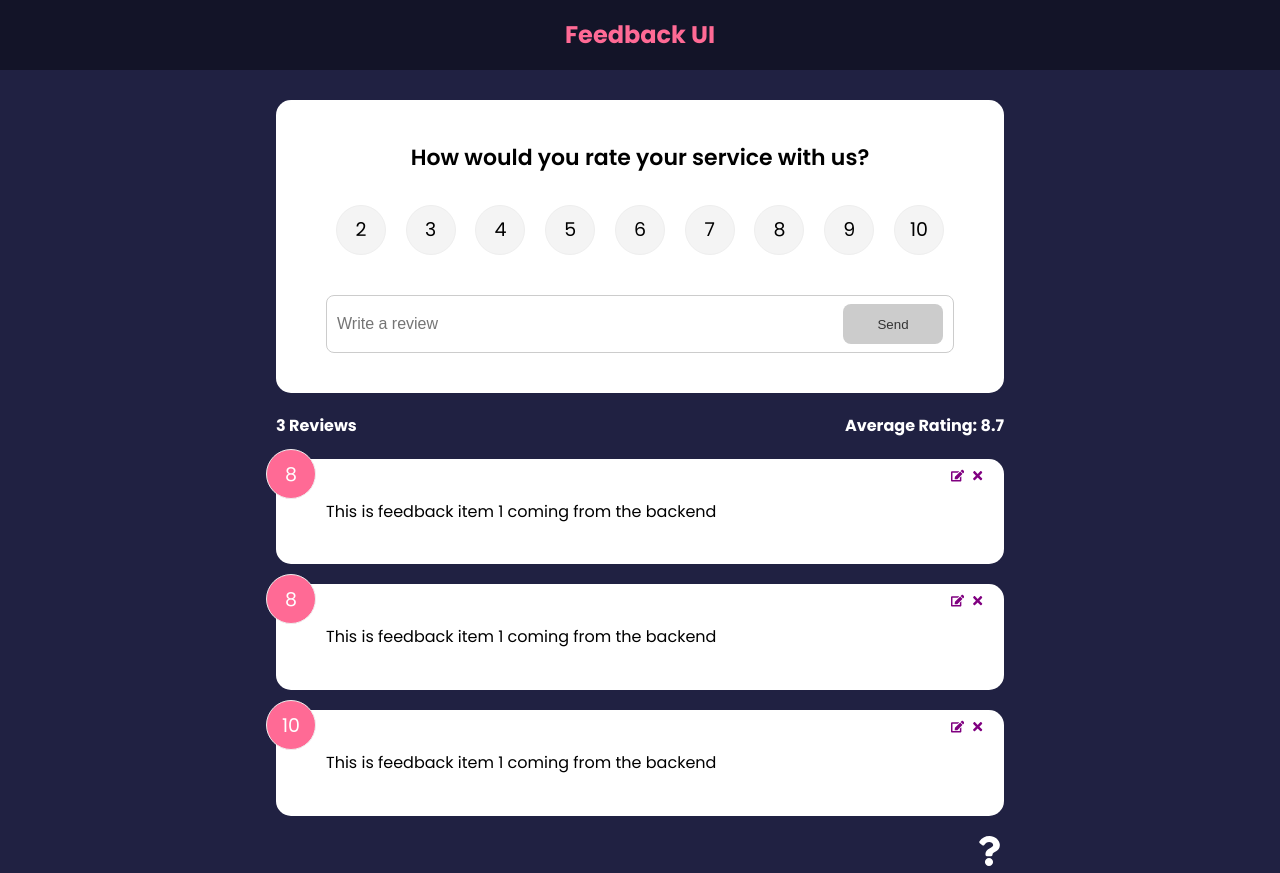
Repository: minhtien9/Feedback_App
Page: /
An editor plug-in stored every save of this project. The page is shown before and after a run of saves, followed by the edit.
The browser window is 1280 px wide. The pictures show the whole page.
The project was rebuilt for these pictures with package versions that can differ from the ones it lists, and the page was loaded fresh each time. Requests to the local data server were answered from the project's data file. Also part of the build but not shown: src/pages/AboutPage.jsx.

Above is the page before, as saved 2022-02-19 20:18:04.

### src/index.css
@import url('https://fonts.googleapis.com/css2?family=Poppins:wght@400;600;700&display=swap');

* {
    box-sizing: border-box;
    margin: 0;
    padding: 0;
}

body {
    font-family: 'Poppins', sans-serif;
    background-color: #202142;
    color: #fff;
    line-height: 1.6;
}

ul {
    list-style: none;
}

.container {
    max-width: 768px;
    margin: auto;
    padding: 0 20px;
}

header {
    height: 70px;
    width: 100%;
    display: flex;
    justify-content: space-between;
    align-items: center;
    margin-bottom: 30px;
}

.card {
    background-color: #fff;
    color: #333;
    border-radius: 15px;
    padding: 40px 50px;
    margin: 20px 0;
    position: relative;
}

.card.reverse {
    background-color: rgba(0, 0, 0, 0.4);
    color: #fff;
}

.card h2 {
    font-size: 22px;
    font-weight: 600;
    text-align: center;
}

.rating {
    display: flex;
    align-items: center;
    justify-content: space-around;
    margin: 30px 0 40px;
}

.rating li,
.num-display {
    position: relative;
    background: #f4f4f4;
    width: 50px;
    height: 50px;
    padding: 10px;
    text-align: center;
    border-radius: 50%;
    font-size: 19px;
    border: 1px #eee solid;
    transition: 0.3s;
}

.rating li label {
    position: absolute;
    top: 50%;
    left: 50%;
    width: 50px;
    height: 50px;
    padding: 10px;
    border-radius: 50%;
    transform: translate(-50%, -50%);
    cursor: pointer;
}

.rating li:hover,
.num-display {
    background: #ff6a95;
    color: #fff;
}

[type='radio'] {
    opacity: 0;
}

[type='radio']:checked ~ label {
    background: #ff6a95;
    color: #fff;
}

.input-group {
    display: flex;
    flex-direction: row;
    border: 1px solid #ccc;
    padding: 8px 10px;
    border-radius: 8px;
}

input {
    flex-grow: 2;
    border: none;
    font-size: 16px;
}

input:focus {
    outline: none;
}

.feedback-stats {
    color: #fff;
    display: flex;
    justify-content: space-between;
    align-items: center;
}

.num-display {
    position: absolute;
    top: -10px;
    left: -10px;
}

.close,
.edit {
    position: absolute;
    top: 10px;
    right: 20px;
    cursor: pointer;
    background: none;
    border: none;
}

.edit {
    right: 40px;
}

.btn {
    color: #fff;
    border: 0;
    border-radius: 8px;
    color: #fff;
    width: 100px;
    height: 40px;
    cursor: pointer;
}

.btn-primary {
    background-color: #202142;
}

.btn-secondary {
    background: #ff6a95;
}

.btn:hover {
    transform: scale(0.98);
    opacity: 0.9;
}

.btn:disabled {
    background-color: #cccccc;
    color: #333;
    cursor: auto;
}

.btn:disabled:hover {
    transform: scale(1);
    opacity: 1;
}

.message {
    padding-top: 10px;
    text-align: center;
    color: rebeccapurple;
}

/* FIX: Remove position: absolute to keep about icon at the bottom of the
 * document */
.about-link {
    display: flex;
    justify-content: flex-end;
}

/* FIX: Remove position: absolute to keep about icon at the bottom of the
 * document */
.about-link a {
    color: #fff;
    cursor: pointer;
}

.about-link a:hover {
    color: #ff6a95;
}

.about h1 {
    margin-bottom: 20px;
}

.about p {
    margin: 10px 0;
}

@media (max-width: 600px) {
    .rating li {
        margin: 10px 3px;
    }

    .rating {
        display: flex;
        align-items: center;
        justify-content: center;
        flex-wrap: wrap;
        margin: 30px 0 40px;
    }

    .input-group input {
        width: 80%;
    }
}

### src/App.js
import { BrowserRouter as Router, Route, Routes } from 'react-router-dom'
import AboutIcon from './components/AboutIcon'
import FeedbackForm from './components/FeedbackForm'
import FeedbackList from './components/FeedbackList'
import FeedbackStats from './components/FeedbackStats'
import Header from './components/Header'
import { FeedbackProvider } from './context/FeedbackContext'
import AboutPage from './pages/AboutPage'

function App() {
    return (
        <FeedbackProvider>
            <Router>
                <Header />
                <div className='container'>
                    <Routes>
                        <Route
                            exact
                            path='/'
                            element={
                                <>
                                    <FeedbackForm />
                                    <FeedbackStats />
                                    <FeedbackList />
                                </>
                            }
                        ></Route>

                        <Route path='/about' element={<AboutPage />}></Route>
                    </Routes>
                    <AboutIcon />
                </div>
            </Router>
        </FeedbackProvider>
    )
}

export default App

### src/components/AboutIcon.jsx
import { FaQuestion } from 'react-icons/fa'
import { Link } from 'react-router-dom'
AboutIcon.propTypes = {}

function AboutIcon() {
    return (
        <div className='about-link'>
            <Link to='/about'>
                <FaQuestion size={30} />
            </Link>
        </div>
    )
}

export default AboutIcon

### src/components/FeedbackForm.jsx
import { useContext, useEffect, useState } from 'react'
import Button from './UI/Button'
import Card from './UI/Card'
import RatingSelect from './RatingSelect'
import FeedbackContext from '../context/FeedbackContext'

FeedbackForm.propTypes = {}

function FeedbackForm() {
    const { addFeedback, feedbackEdit, updateFeedback } =
        useContext(FeedbackContext)
    const [text, setText] = useState('')
    const [btnDisabled, setBtnDisabled] = useState(true)
    const [message, setMessage] = useState('')
    const [rating, setRating] = useState(10)

    useEffect(() => {
        if (feedbackEdit.edit === true) {
            setBtnDisabled(false)
            setText(feedbackEdit.item.text)
            setRating(feedbackEdit.item.rating)
        }
    }, [feedbackEdit])

    const handleTextChange = (e) => {
        if (text === '') {
            setBtnDisabled(true)
            setMessage(null)
        } else if (text !== '' && text.trim().length <= 10) {
            setMessage('Text must be at least 10 characters')
            setBtnDisabled(true)
        } else {
            setBtnDisabled(false)
            setMessage(null)
        }
        setText(e.target.value)
    }

    const handleSubmit = (e) => {
        e.preventDefault()
        if (text.trim().length > 10) {
            const newFeedback = { text, rating }

            if (feedbackEdit.edit === true) {
                updateFeedback((feedbackEdit.item.id, newFeedback))
            } else {
                addFeedback(newFeedback)
            }

            setText('')
        }
    }
    return (
        <Card>
            <form onSubmit={handleSubmit}>
                <h2>How would you rate your service with us?</h2>

                <RatingSelect select={(rating) => setRating(rating)} />
                <div className='input-group'>
                    <input
                        onChange={handleTextChange}
                        type='text'
                        placeholder='Write a review'
                        value={text}
                    />
                    <Button type='submit' isDisabled={btnDisabled}>
                        Send
                    </Button>
                </div>
                {message && <div className='message'>{message}</div>}
            </form>
        </Card>
    )
}

export default FeedbackForm

### src/components/FeedbackList.jsx
import { AnimatePresence, motion } from 'framer-motion'
import { useContext } from 'react'
import FeedbackContext from '../context/FeedbackContext'
import FeedbackItem from './FeedbackItem'
import Spinner from './UI/Spinner'

function FeedbackList({ handeDelete }) {
    const { feedback, isLoading } = useContext(FeedbackContext)
    if (!isLoading && (!feedback || feedback.length === 0)) {
        return <p>No Feedback Yet</p>
    }

    return isLoading ? (
        <Spinner />
    ) : (
        <div className='feedback-list'>
            <AnimatePresence>
                {feedback.map((item) => (
                    <motion.div
                        key={item.id}
                        initial={{ opacity: 0 }}
                        animate={{ opacity: 1 }}
                        exit={{ opacity: 0 }}
                    >
                        <FeedbackItem
                            key={item.id}
                            item={item}
                            handeDelete={handeDelete}
                        />
                    </motion.div>
                ))}
            </AnimatePresence>
        </div>
    )
}

export default FeedbackList

### src/components/FeedbackStats.jsx
import React, { useContext } from 'react'
import FeedbackContext from '../context/FeedbackContext'

function FeedbackStats() {
    const { feedback } = useContext(FeedbackContext)
    let average =
        feedback.reduce((acc, cur) => {
            return acc + cur.rating
        }, 0) / feedback.length

    average = average.toFixed(1).replace(/[.,]0$/, '')
    return (
        <div className='feedback-stats'>
            <h4>{feedback.length} Reviews</h4>
            <h4>Average Rating: {isNaN(average) ? 0 : average}</h4>
        </div>
    )
}

export default FeedbackStats

### src/components/Header.jsx
import React from 'react'
import PropTypes from 'prop-types'

Header.propTypes = {
    text: PropTypes.string,
    bgColor: PropTypes.string,
    textColor: PropTypes.string,
}

Header.defaultProps = {
    text: 'Feedback UI',
    bgColor: 'rgba(0,0,0,0.4)',
    textColor: '#ff6a95',
}

function Header({ text, bgColor, textColor }) {
    const headerStyles = { background: bgColor, color: textColor }
    return (
        <header style={headerStyles}>
            <div className='container'>
                <h2>{text}</h2>
            </div>
        </header>
    )
}

export default Header

### src/context/FeedbackContext.js
import { v4 as uuidv4 } from 'uuid'
import { createContext, useState, useEffect } from 'react'

const FeedbackContext = createContext()

export const FeedbackProvider = ({ children }) => {
    const [feedback, setFeedback] = useState([])
    const [isLoading, setIsLoading] = useState(true)

    useEffect(() => {
        fetchFeedback()
    }, [])

    // Fetch feedback
    const fetchFeedback = async () => {
        const response = await fetch(`/feedback?_sort=id&_order=desc`)

        const data = await response.json()

        setFeedback(data)
        setIsLoading(false)
    }

    const [feedbackEdit, setFeedbackEdit] = useState({
        item: {},
        edit: false,
    })

    // Add feedback

    const addFeedback = async (newFeedback) => {
        const response = await fetch('/feedback', {
            method: 'POST',
            headers: { 'Content-Type': 'aplication/json' },
            body: JSON.stringify(newFeedback),
        })

        const data = await response.json()
        setFeedback([data, ...feedback])
    }

    // Delete feedback

    const deleteFeedback = async (id) => {
        if (window.confirm('Are you sure you want to delete?')) {
            await fetch(`/feedback/${id}`, {
                method: 'DELETE',
            })
            setFeedback(feedback.filter((item) => item.id !== id))
        }
    }

    // Update feedback

    const updateFeedback = async (id, upItem) => {
        const response = await fetch(`/feedback/${id}`, {
            method: 'PUT',
            headers: { 'Content-Type': 'application/json' },
            body: JSON.stringify(upItem),
        })

        const data = await response.json()
        setFeedback(
            feedback.map((item) =>
                item.id === id ? { ...item, ...data } : item
            )
        )
    }

    const editFeedback = (item) => {
        setFeedbackEdit({ item, edit: true })
    }

    return (
        <FeedbackContext.Provider
            value={{
                feedback,
                feedbackEdit,
                deleteFeedback,
                addFeedback,
                editFeedback,
                updateFeedback,
                isLoading,
            }}
        >
            {children}
        </FeedbackContext.Provider>
    )
}

export default FeedbackContext

### src/components/UI/Button.jsx
import React from 'react'
import PropTypes from 'prop-types'

Button.propTypes = {
    children: PropTypes.node.isRequired,
    version: PropTypes.string,
    type: PropTypes.string,
    isDisabled: PropTypes.bool,
}

Button.defaultProps = {
    version: 'primary',
    type: 'button',
    isDisabled: false,
}

function Button({ children, version, type, isDisabled }) {
    return (
        <button
            type={type}
            disabled={isDisabled}
            className={`btn btn-${version}`}
        >
            {children}
        </button>
    )
}

export default Button

### src/components/UI/Card.jsx
import React from 'react'
import PropTypes from 'prop-types'

Card.propTypes = {
    children: PropTypes.node.isRequired,
    reverse: PropTypes.bool,
}

Card.defaultProps = {
    reverse: false,
}

function Card({ children, reverse }) {
    return (
        <div
            className='card'
            style={{
                backgroundColor: reverse ? 'rgba(0,0,0,0.4)' : '#fff',
                color: reverse ? '#fff' : '#000',
            }}
        >
            {children}
        </div>
    )
}

export default Card

### src/components/RatingSelect.jsx
function RatingSelect({ select, selected }) {
    // const { feedbackEdit } = useContext(FeedbackContext)
    // const [selected, setSelected] = useState(10)

    // useEffect(() => {
    //     setSelected(feedbackEdit.item.rating)
    // }, [feedbackEdit])

    const handleChange = (e) => {
        // setSelected(+e.target.value)
        // select(+e.target.value)
        select(+e.currentTarget.value)
    }
    return (
        <ul className='rating'>
            {Array.from({ length: 10 }, (_, i) => {})}

            <li>
                <input
                    type='radio'
                    id='num2'
                    name='rating'
                    value='2'
                    onChange={handleChange}
                    checked={selected === 2}
                />
                <label htmlFor='num2'>2</label>
            </li>
            <li>
                <input
                    type='radio'
                    id='num3'
                    name='rating'
                    value='3'
                    onChange={handleChange}
                    checked={selected === 3}
                />
                <label htmlFor='num3'>3</label>
            </li>
            <li>
                <input
                    type='radio'
                    id='num4'
                    name='rating'
                    value='4'
                    onChange={handleChange}
                    checked={selected === 4}
                />
                <label htmlFor='num4'>4</label>
            </li>
            <li>
                <input
                    type='radio'
                    id='num5'
                    name='rating'
                    value='5'
                    onChange={handleChange}
                    checked={selected === 5}
                />
                <label htmlFor='num5'>5</label>
            </li>
            <li>
                <input
                    type='radio'
                    id='num6'
                    name='rating'
                    value='6'
                    onChange={handleChange}
                    checked={selected === 6}
                />
                <label htmlFor='num6'>6</label>
            </li>
            <li>
                <input
                    type='radio'
                    id='num7'
                    name='rating'
                    value='7'
                    onChange={handleChange}
                    checked={selected === 7}
                />
                <label htmlFor='num7'>7</label>
            </li>
            <li>
                <input
                    type='radio'
                    id='num8'
                    name='rating'
                    value='8'
                    onChange={handleChange}
                    checked={selected === 8}
                />
                <label htmlFor='num8'>8</label>
            </li>
            <li>
                <input
                    type='radio'
                    id='num9'
                    name='rating'
                    value='9'
                    onChange={handleChange}
                    checked={selected === 9}
                />
                <label htmlFor='num9'>9</label>
            </li>
            <li>
                <input
                    type='radio'
                    id='num10'
                    name='rating'
                    value='10'
                    onChange={handleChange}
                    checked={selected === 10}
                />
                <label htmlFor='num10'>10</label>
            </li>
        </ul>
    )
}

export default RatingSelect

### src/components/FeedbackItem.jsx
import { FaTimes, FaEdit } from 'react-icons/fa'
import PropTypes from 'prop-types'
import Card from './UI/Card'
import { useContext } from 'react'
import FeedbackContext from '../context/FeedbackContext'

FeedbackItem.propTypes = {
    item: PropTypes.object.isRequired,
}

function FeedbackItem({ item, handleDelete }) {
    const { deleteFeedback, editFeedback } = useContext(FeedbackContext)
    return (
        <Card>
            <div className='num-display'>{item.rating}</div>
            <button onClick={() => deleteFeedback(item.id)} className='close'>
                <FaTimes color='purple' />
            </button>
            <button onClick={() => editFeedback()} className='edit'>
                <FaEdit color='purple' />
            </button>
            <div className='text-display'>{item.text}</div>
        </Card>
    )
}

export default FeedbackItem

### src/components/UI/Spinner.jsx
import spinner from '../assets/spinner.gif'
function Spinner() {
    return (
        <img
            src={spinner}
            alt='Loading...'
            style={{ width: '100px', margin: 'auto', display: 'block' }}
        />
    )
}

export default Spinner

### db.json
{
    "feedback": [
        {
            "id": 1,
            "rating": 10,
            "text": "This is feedback item 1 coming from the backend"
        },
        {
            "id": 2,
            "rating": 8,
            "text": "This is feedback item 1 coming from the backend"
        },
        {
            "id": 3,
            "rating": 8,
            "text": "This is feedback item 1 coming from the backend"
        }
    ]
}

Loaded but not shown: public/index.html (common file); src/index.js (common file)

After the next 2 saves:
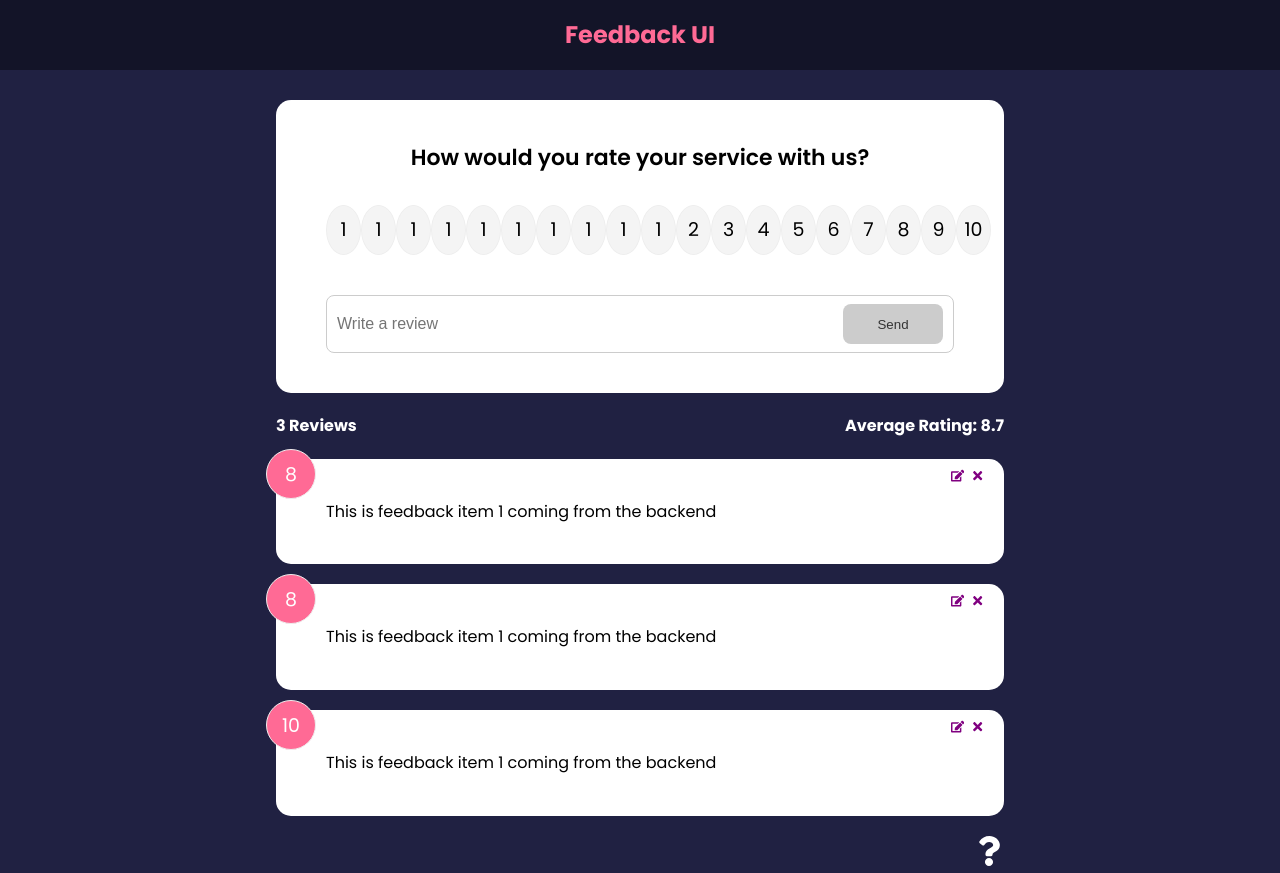
The 2 saves are shown as one change because 1 did not build or start.
The last was saved 40 s later.
--- a/src/components/RatingSelect.jsx
+++ b/src/components/RatingSelect.jsx
@@ -13,7 +13,19 @@ function RatingSelect({ select, selected }) {
     }
     return (
         <ul className='rating'>
-            {Array.from({ length: 10 }, (_, i) => {})}
+            {Array.from({ length: 10 }, (_, i) => (
+                <li>
+                    <input
+                        type='radio'
+                        id='num1'
+                        name='rating'
+                        value='1'
+                        onChange={handleChange}
+                        checked={selected === 1}
+                    />
+                    <label htmlFor='num1'>1</label>
+                </li>
+            ))}
 
             <li>
                 <input
